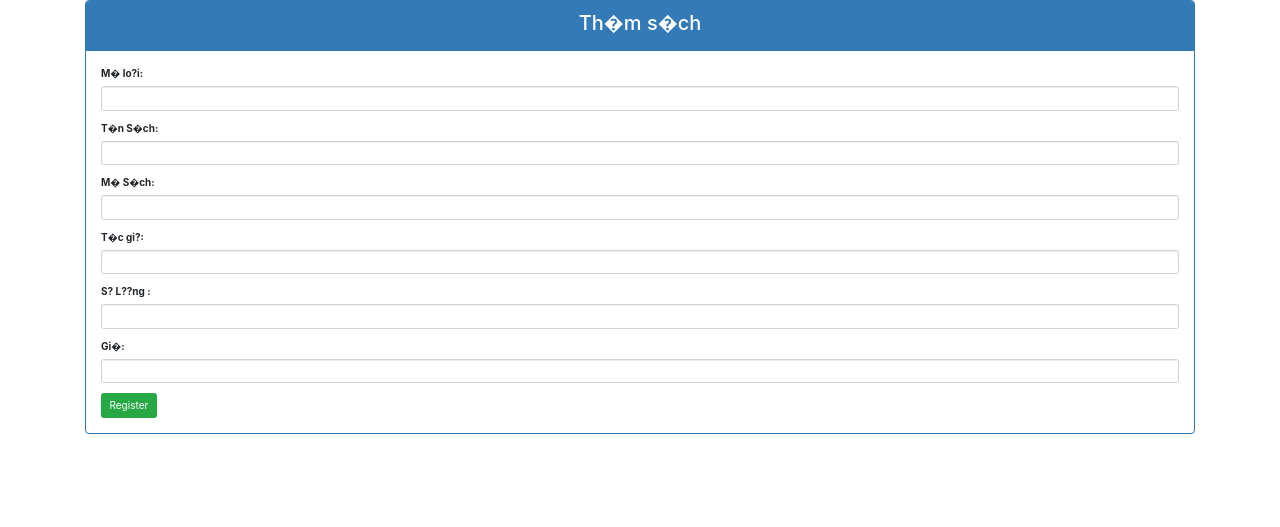
Repository: jehjery/trang-ban-sach
Page: http://localhost/test1/webapp/ThemSach.jsp
An editor plug-in stored every save of this project. The page is shown before and after the next save, followed by the edit.
The browser window is 1280 px wide. The pictures show the whole page.
The page is served by Tomcat 9. Other server files are loaded and not shown.

Above is the page before, as saved 2022-12-06 23:53:12.

### test1/src/main/webapp/webapp/ThemSach.jsp
<%@page import="bean.loaibean"%>
<%@ page language="java" contentType="text/html; chars	et=UTF-8"
    pageEncoding="UTF-8"%>
<!DOCTYPE html>
<html>
<head>
<style>
.form-label{
    color: darkturquoise;
    form-check-label{
    color: darkturquoise!important;
    }
}
</style>
<link rel="stylesheet" href="./sachonl.css">
  <link rel="stylesheet" href="https://maxcdn.bootstrapcdn.com/bootstrap/3.4.1/css/bootstrap.min.css">
	<title>Registation Form * Form Tutorial</title>
	<!-- Latest compiled and minified CSS -->
	<link rel="stylesheet" href="https://maxcdn.bootstrapcdn.com/bootstrap/4.4.1/css/bootstrap.min.css">

	<!-- jQuery library -->
	<script src="https://ajax.googleapis.com/ajax/libs/jquery/3.4.1/jquery.min.js"></script>

	<!-- Popper JS -->
	<script src="https://cdnjs.cloudflare.com/ajax/libs/popper.js/1.16.0/umd/popper.min.js"></script>

	<!-- Latest compiled JavaScript -->
	<script src="https://maxcdn.bootstrapcdn.com/bootstrap/4.4.1/js/bootstrap.min.js"></script>
</head>
<body>
<section class="vh-100">
	<div class="container">
		<div class="panel panel-primary">
			<div class="panel-heading">
				<h2 class="text-center">Thêm sách </h2>
			</div>
			<%loaibean loai= new loaibean();
			  if (request.getAttribute("loai")!=null)
			{ loai= (loaibean)request.getAttribute("loai"); %>
			<%}%>
			<form action="Themloai"method="post">
			<div class="panel-body">
				<div class="form-group">
				  <label for="usr">Mã loại:</label>
				  <input <%if(loai.getMaloai()!=null){%>value="<%=loai.getMaloai()%>" <%}	 %>
				  name= "maloai" required="true" type="text" class="form-control" id="usr">
				</div>
				<div class="form-group">
				  <label for="usr">Tên Sách:</label>
				  <input <%if(loai.getTenloai()!=null){%>value="<%=loai.getTenloai()%>" <%}	 %>
				  name= "Tenloai" required="true" type="text" class="form-control" id="usr">
				</div>

						<div class="form-group">
				  <label for="usr">Mã Sách:</label>
				  <input <%if(loai.getMaloai()!=null){%>value="<%=loai.getMaloai()%>" <%}	 %>
				  name= "maloai" required="true" type="text" class="form-control" id="usr">
				</div>
				<div class="form-group">
				  <label for="usr">Tác giả:</label>
				  <input <%if(loai.getTenloai()!=null){%>value="<%=loai.getTenloai()%>" <%}	 %>
				  name= "Tenloai" required="true" type="text" class="form-control" id="usr">
				</div>
						<div class="form-group">
				  <label for="usr">Số Lượng :</label>
				  <input <%if(loai.getMaloai()!=null){%>value="<%=loai.getMaloai()%>" <%}	 %>
				  name= "maloai" required="true" type="text" class="form-control" id="usr">
				</div>
				<div class="form-group">
				  <label for="usr">Giá:</label>
				  <input <%if(loai.getTenloai()!=null){%>value="<%=loai.getTenloai()%>" <%}	 %>
				  name= "Tenloai" required="true" type="text" class="form-control" id="usr">
				</div>


				<!-- <div class="form-group">
				  <label for="address">Address:</label>
				  <input type="text" class="form-control" id="address">
				</div> -->
				<!-- <div class="form-group">
				  <label for="email">Email:</label>
				  <input required="true" type="email" class="form-control" id="email">
				</div> -->
				<!-- <div class="form-group">
				  <label for="birthday">Birthday:</label>
				  <input type="date" class="form-control" id="birthday">
				</div> -->
				<button  class="btn btn-success">Register</button>
			</div>
			</form>
		</div>
	</div>
</body>
</html>

### test1/src/main/java/bean/loaibean.java
package bean;

public class loaibean {
    private String maloai;
    private String tenloai;
    //Phat sinh ham tao (ko tham so, day du tham so), cac ham get,set
	public loaibean() {
		super();
		// TODO Auto-generated constructor stub
	}
	public loaibean(String maloai, String tenloai) {
		super();
		this.maloai = maloai;
		this.tenloai = tenloai;
	}
	public String getMaloai() {
		return maloai;
	}
	public void setMaloai(String maloai) {
		this.maloai = maloai;
	}
	public String getTenloai() {
		return tenloai;
	}
	public void setTenloai(String tenloai) {
		this.tenloai = tenloai;
	}

}

### test1/src/main/webapp/webapp/sachonl.css
.gradient-custom-2 {
/* fallback for old browsers */
background: #fccb90;

/* Chrome 10-25, Safari 5.1-6 */
background: -webkit-linear-gradient(to right, #ee7724, #d8363a, #dd3675, #b44593);

/* W3C, IE 10+/ Edge, Firefox 16+, Chrome 26+, Opera 12+, Safari 7+ */
background: linear-gradient(to right, #ee7724, #d8363a, #dd3675, #b44593);
}

@media (min-width: 768px) {
.gradient-form {
height: 100vh !important;
}
}
@media (min-width: 769px) {
.gradient-custom-2 {
border-top-right-radius: .3rem;
border-bottom-right-radius: .3rem;
}
}

After the next save:
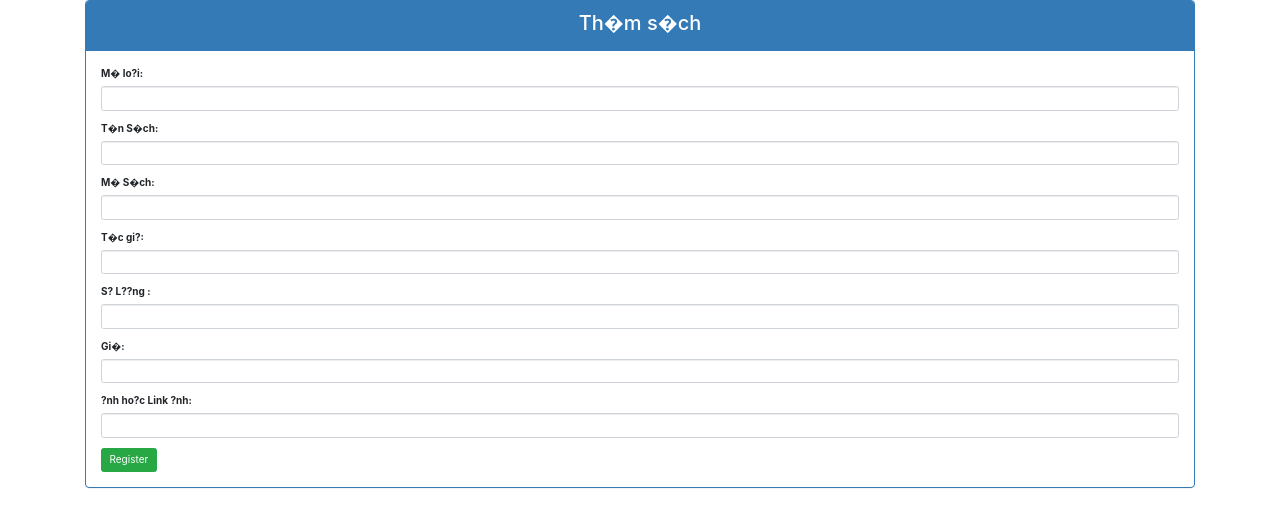
Saved 41 s later.
--- a/test1/src/main/webapp/webapp/ThemSach.jsp
+++ b/test1/src/main/webapp/webapp/ThemSach.jsp
@@ -72,6 +72,11 @@
 				  name= "Tenloai" required="true" type="text" class="form-control" id="usr">
 				</div>
 
+					<div class="form-group">
+				  <label for="usr">Ảnh hoặc Link Ảnh:</label>
+				  <input <%if(loai.getTenloai()!=null){%>value="<%=loai.getTenloai()%>" <%}	 %>
+				  name= "Tenloai" required="true" type="text" class="form-control" id="usr">
+				</div>
 
 				<!-- <div class="form-group">
 				  <label for="address">Address:</label>
